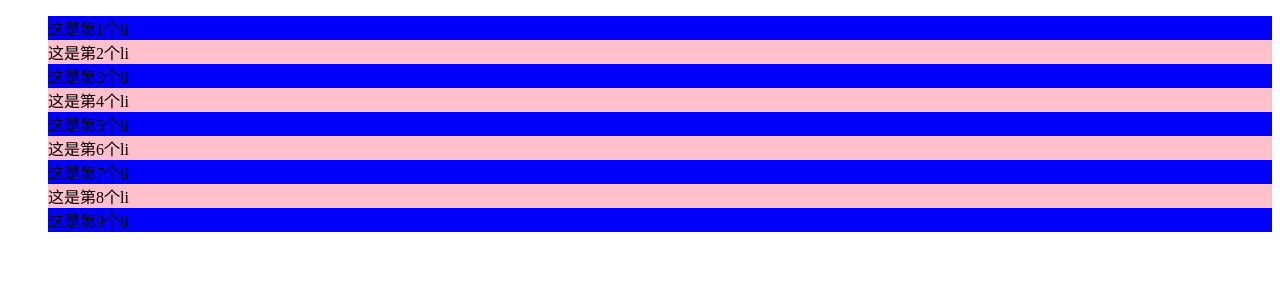
Repository: chenguocan/Webpack_demo_01
Page: /
An editor plug-in stored every save of this project. The page is shown before and after the next save, followed by the edit.
The browser window is 1280 px wide. The pictures show the whole page.
The project was rebuilt for these pictures with package versions that can differ from the ones it lists, and the page was loaded fresh each time. Also part of the build but not shown: webpack.config.js.

Above is the page before, as saved 2020-08-01 09:30:45.

### src/index.html
<!DOCTYPE html>
<html lang="en">
  <head>
    <meta charset="UTF-8" />
    <meta name="viewport" content="width=device-width, initial-scale=1.0" />
    <title>Document</title>
  </head>
  <script src="/bundle.js"></script>
  <body>
    <ul>
      <li>这是第1个li</li>
      <li>这是第2个li</li>
      <li>这是第3个li</li>
      <li>这是第4个li</li>
      <li>这是第5个li</li>
      <li>这是第6个li</li>
      <li>这是第7个li</li>
      <li>这是第8个li</li>
      <li>这是第9个li</li>
    </ul>
  </body>
</html>

### src/index.js
import $ from "jquery";
import "./css/index.css";
$(function () {
  $("li:odd").css("backgroundColor", "pink");
  $("li:even").css("backgroundColor", "blue");
});

### src/css/index.css
li {
  list-style: none;
}
::placeholder {
  color: red;
}

After the next save:
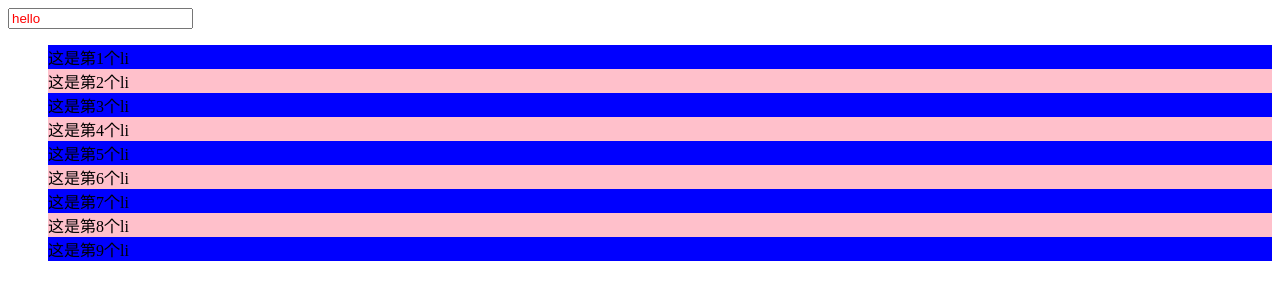
Saved 14 s later.
--- a/src/index.html
+++ b/src/index.html
@@ -7,6 +7,7 @@
   </head>
   <script src="/bundle.js"></script>
   <body>
+    <input type="text" placeholder="hello" />
     <ul>
       <li>这是第1个li</li>
       <li>这是第2个li</li>
